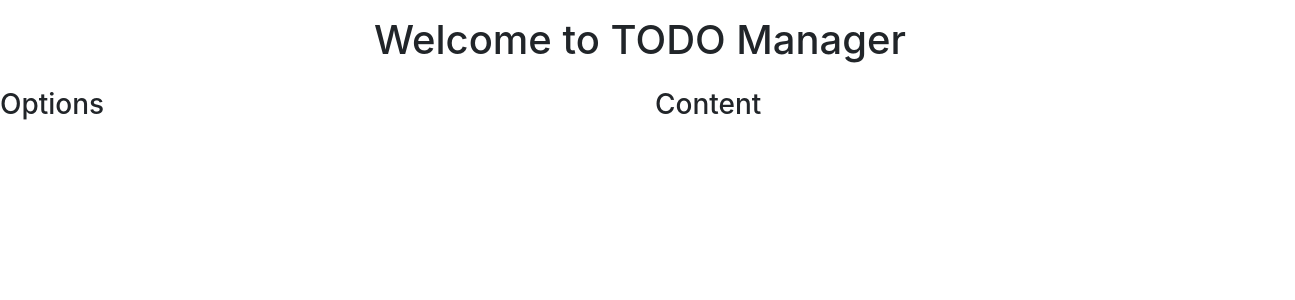
Repository: HarshViijay/spring-boot
Page: http://localhost/springmvcnew/home
The author's editor kept a copy of each file at every save. The page is drawn from the files as they stood at one save, then again after the next save.
The browser window is 1280 px wide. The page is 1295 px wide, so the pictures cover 1295 px, including what lies to the right of the window. The pictures show the whole page.
Some web libraries are served in a nearby version. The page is served by Tomcat 9.

Above is the page before, as saved 2023-03-11 18:13:01.

After the next save:
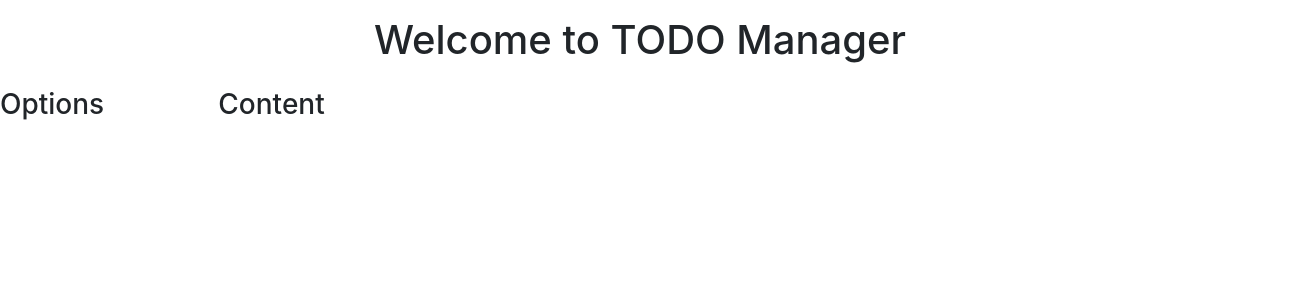
Saved 47 s later.
--- a/springmvcnew/src/main/webapp/WEB-INF/pages/home.jsp
+++ b/springmvcnew/src/main/webapp/WEB-INF/pages/home.jsp
@@ -22,11 +22,12 @@
 		<h1 class="text-center">Welcome to TODO Manager</h1>
 
 		<div class="row mt-4">
-			<div class="col-md-6">
+
+			<div class="col-md-2">
 				<h3>Options</h3>
 			</div>
 
-			<div class="col-md-6">
+			<div class="col-md-10">
 				<h3>Content</h3>
 			</div>
 		</div>
